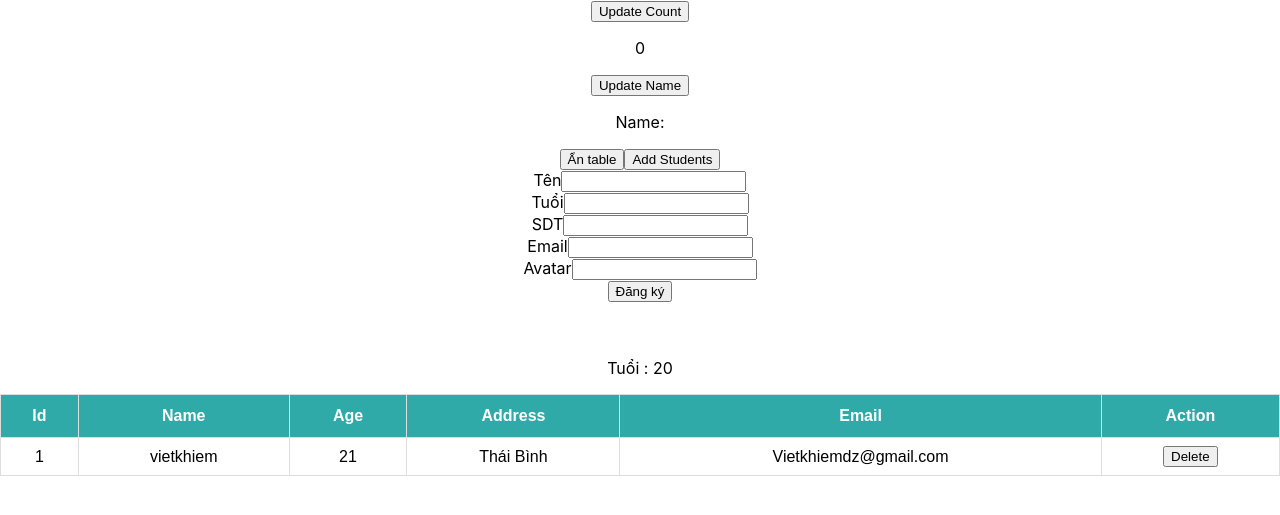
Repository: vietkhiem/TypeScript
Page: /
The author's editor kept a copy of each file at every save. The page is drawn from the files as they stood at one save, then again after the next save.
The browser window is 1280 px wide. The pictures show the whole page.
The project was rebuilt for these pictures with package versions that can differ from the ones it lists, and the page was loaded fresh each time.

Above is the page before, as saved 2022-03-18 20:41:07.

After the next save:
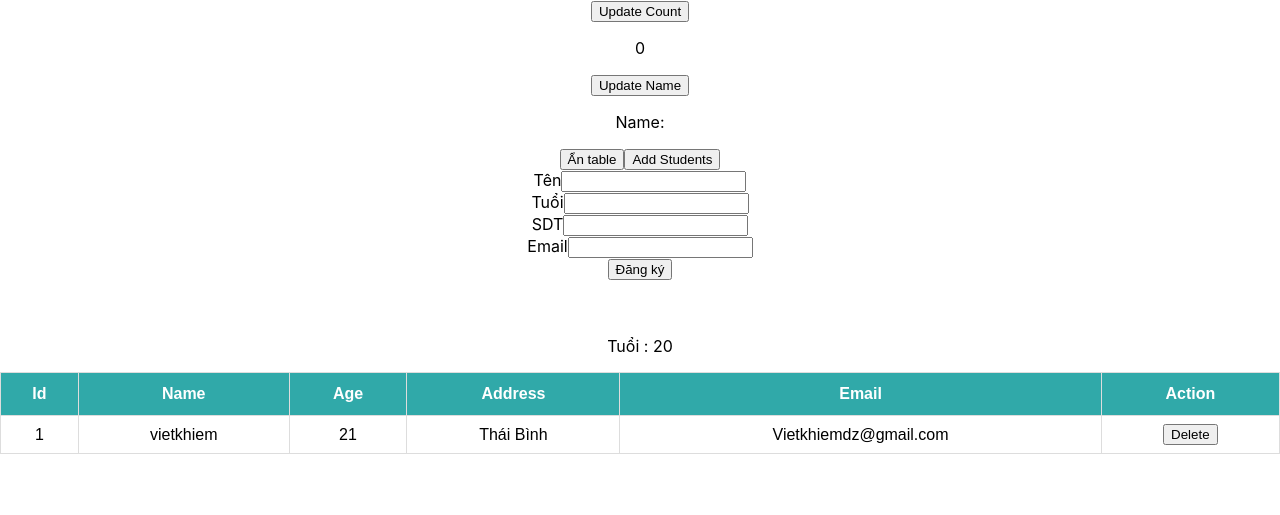
Saved 22 s later.
--- a/src/pages/login/index.tsx
+++ b/src/pages/login/index.tsx
@@ -78,14 +78,6 @@ const Student = () => {
               type="email"
             />
           </div>
-          <div className="mt-4">
-            <label htmlFor="">Avatar</label>
-            <input
-              onChange={(e) => setavatar(e.target.value)}
-              className="border border-2 border-black"
-              type="text"
-            />
-          </div>
           <button
             onClick={(e) => {
               onSubmit()
